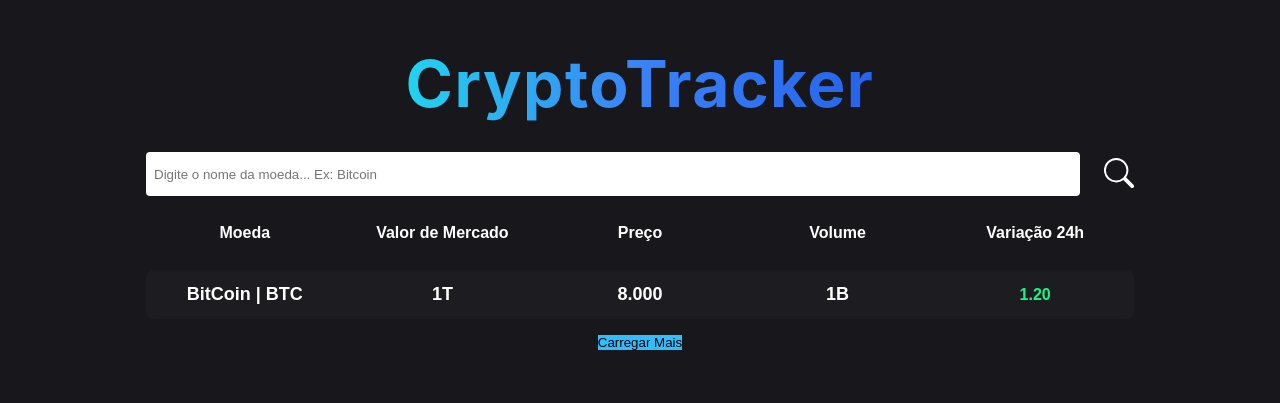
Repository: GabrielPertelCorti/crypto-tracker
Page: /
An editor plug-in stored every save of this project. The page is shown before and after a run of saves, followed by the edit.
The browser window is 1280 px wide. The pictures show the whole page.
The project was rebuilt for these pictures with package versions that can differ from the ones it lists, and the page was loaded fresh each time. Also part of the build but not shown: vite.config.ts, src/pages/detail/index.tsx, src/pages/notFound/index.tsx.

Above is the page before, as saved 2026-03-12 16:11:53.

After the next 4 saves:
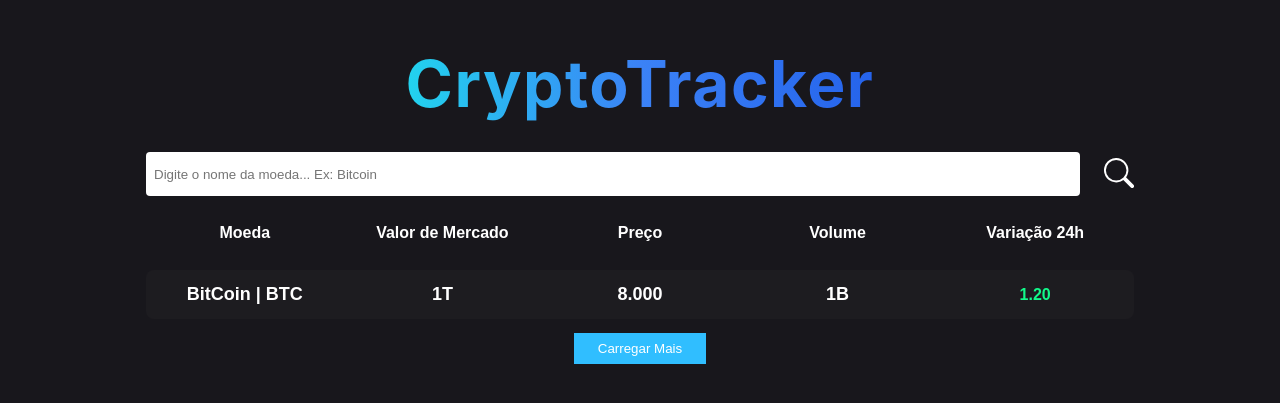
The 4 saves are shown as one change because they came seconds apart.
The last was saved 14 s later.
--- a/src/pages/home/home.module.css
+++ b/src/pages/home/home.module.css
@@ -79,7 +79,9 @@ table td{
 
 .buttonShowMore{
   background-color: #30beff;
-  padding: ;
+  padding: 8px 24px;
+  color: #fff;
+  margin: ;
 }
 
 
